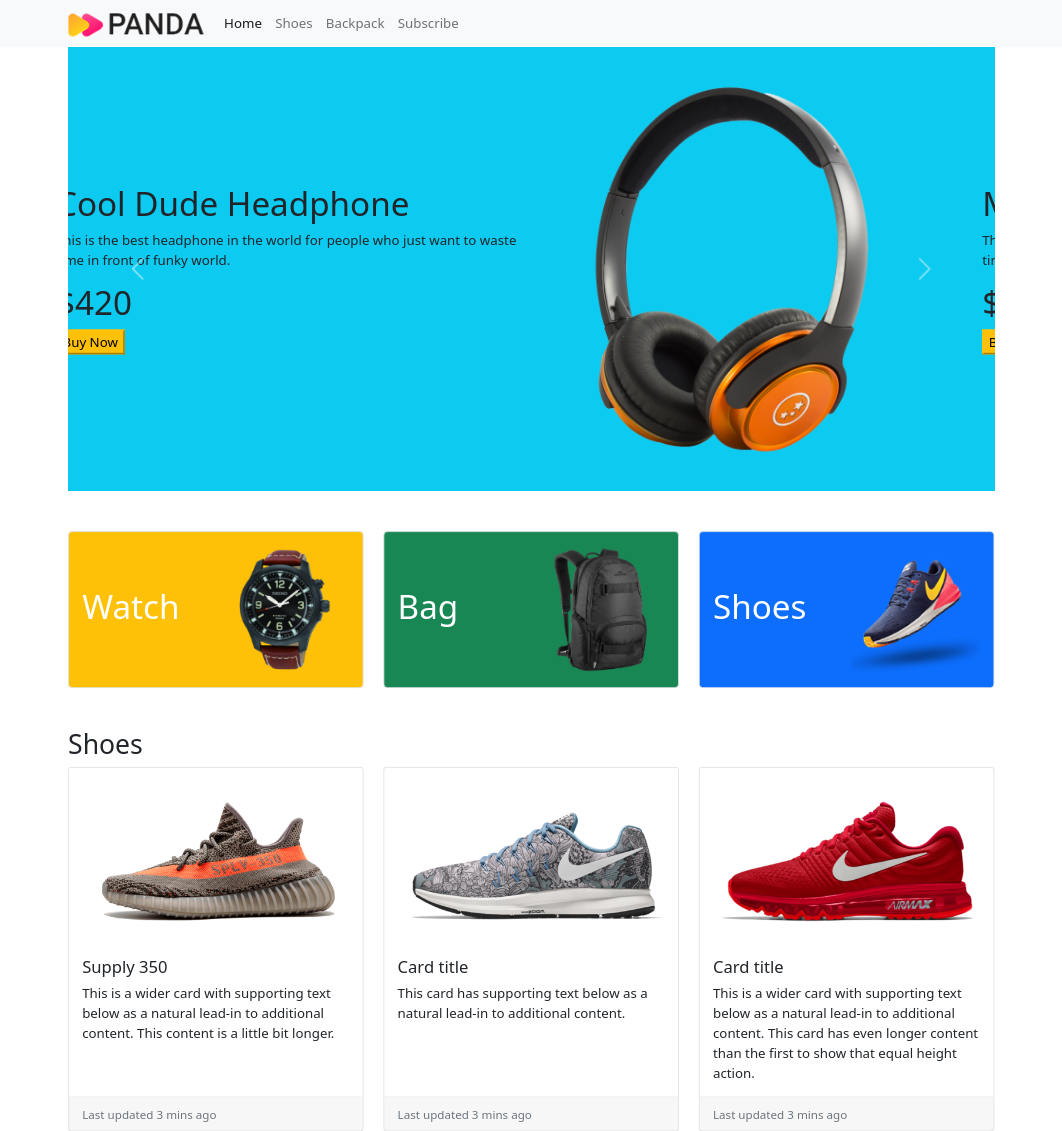
Repository: mdmohiddin/panda-commerce-rp
Page: index.html
The author's editor kept a copy of each file at every save. The page is drawn from the files as they stood at one save, then again after the next save.
The browser window is 1280 px wide. The pictures show the whole page, at 83% of full size.

Above is the page before, as saved 2021-07-28 18:29:45.

After the next save:
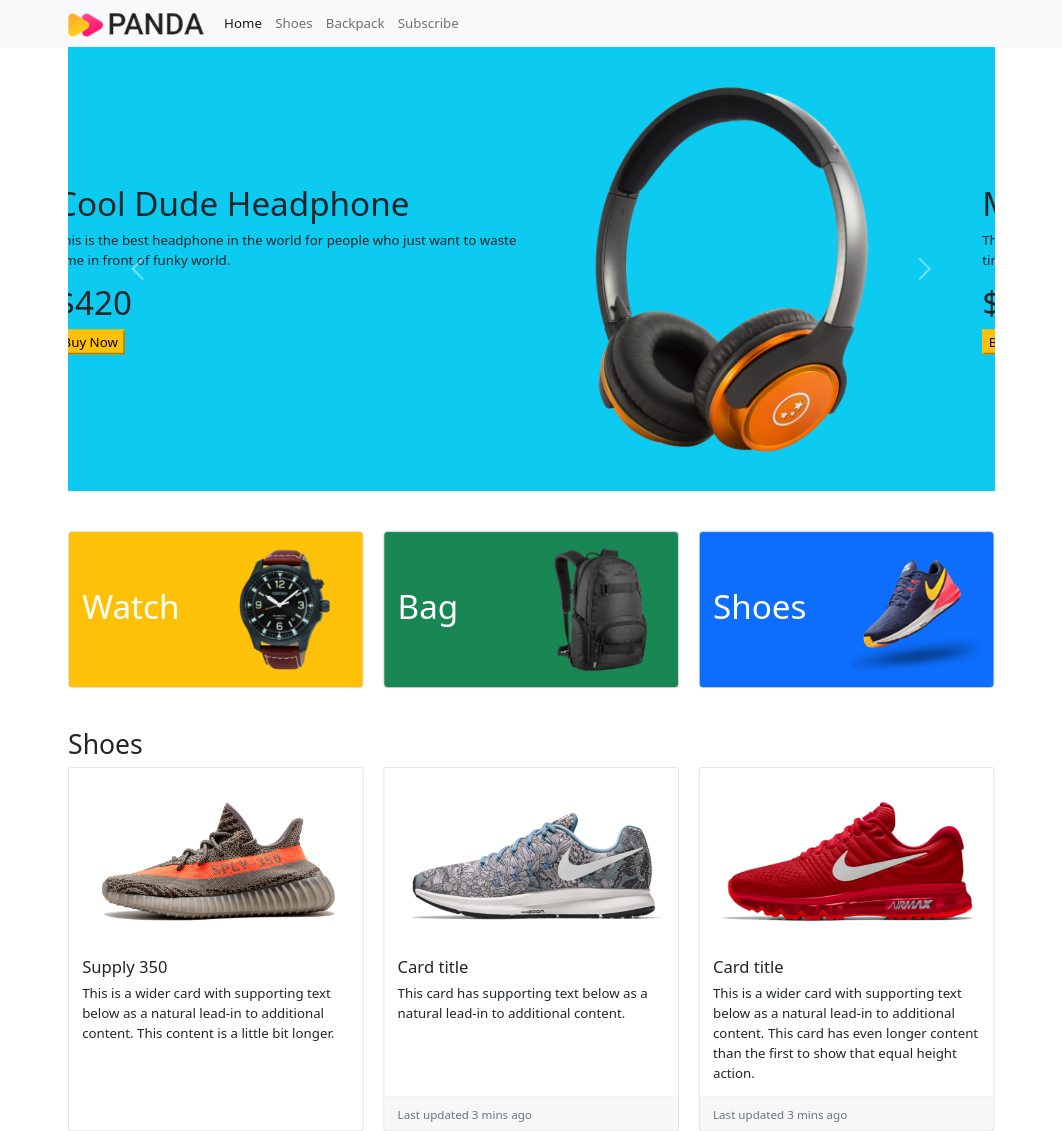
Saved 49 s later.
--- a/index.html
+++ b/index.html
@@ -147,9 +147,7 @@
                       <h5 class="card-title">Supply 350</h5>
                       <p class="card-text">This is a wider card with supporting text below as a natural lead-in to additional content. This content is a little bit longer.</p>
                     </div>
-                    <div class="card-footer">
-                      <small class="text-muted">Last updated 3 mins ago</small>
-                    </div>
+
                   </div>
                 </div>
 
